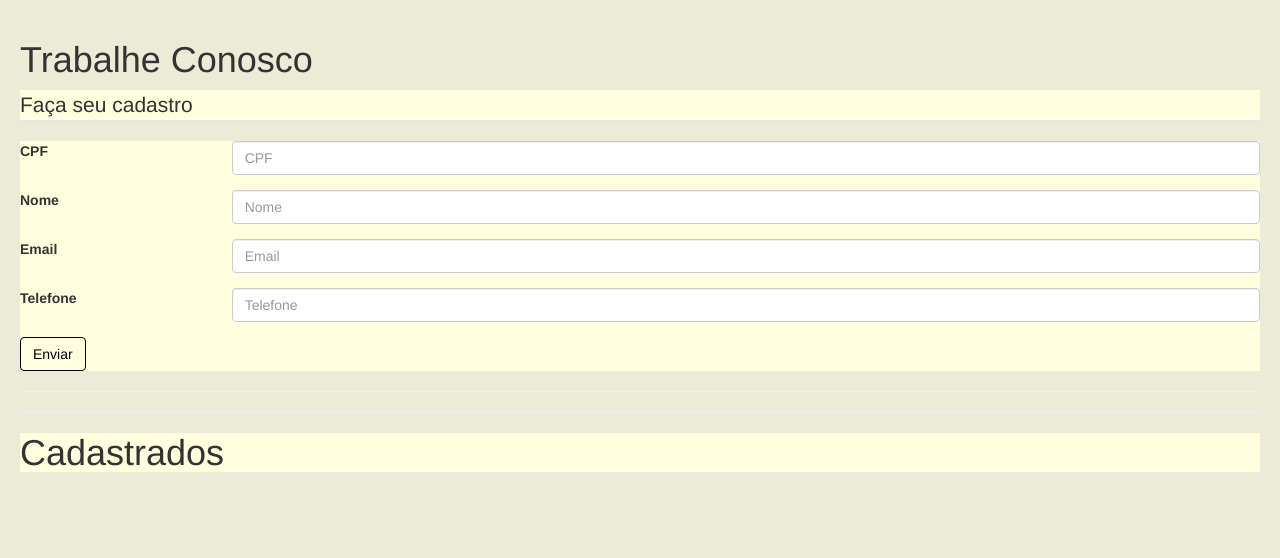
Repository: bitkelvin/Impacta
Page: http://localhost/02_EmpresaRH/trabalhe_conosco.html
The author's editor kept a copy of each file at every save. The page is drawn from the files as they stood at one save, then again after the next save.
The browser window is 1280 px wide. The pictures show the whole page.
Some web libraries are served in a nearby version. The page is served by Tomcat 9.

Above is the page before, as saved 2017-11-07 01:45:27.
Console error: SyntaxError: Unexpected token ']'

After the next save:
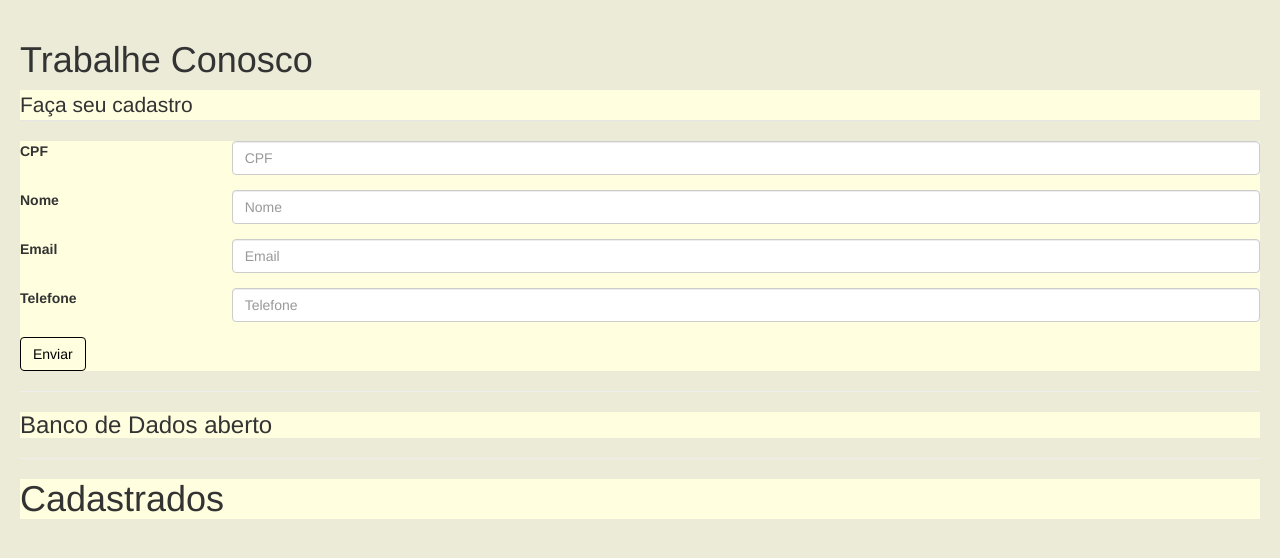
The error is gone.
Saved 2 min 59 s later.
--- a/Modulo6/02_EmpresaRH/WebContent/js/script.js
+++ b/Modulo6/02_EmpresaRH/WebContent/js/script.js
@@ -19,7 +19,7 @@ $(document).ready(function(){
 	$("#botao").click(function(){
 		var nome = $("#nome").val();
 		var email = $("#email").val();
-		var assunto = assuntos.filter(val => val.id == $("#assunto").val())[];
+		var assunto = assuntos.filter(val => val.id == $("#assunto").val())[0];
 		var comentario = $("#comente").val();
 
 		alert(`nome: ${nome}, email: ${email}, assunto: ${assunto.descricao}, comentario: ${comentario}`);
